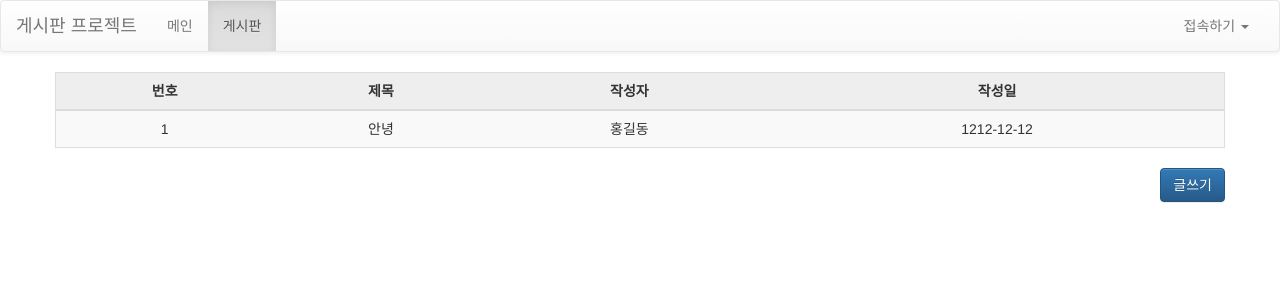
Repository: Seok7975/JSP-Education
Page: http://localhost/BBS/bbs.jsp
The author's editor kept a copy of each file at every save. The page is drawn from the files as they stood at one save, then again after a run of saves.
The browser window is 1280 px wide. The pictures show the whole page.
Some web libraries are served in a nearby version. The page is served by Tomcat 9. Other server files are loaded and not shown. Queries for data that is not in the repository find no rows.

Above is the page before, as saved 2024-06-07 06:39:26.

### List_Projects/BBS/src/main/webapp/bbs.jsp

<%@ page language="java" contentType="text/html; charset=UTF-8"
    pageEncoding="UTF-8"%>
<%@ page import="java.io.PrintWriter" %>
<%@ page import="bbs.BbsDAO" %>
<%@ page import="bbs.Bbs" %>
<%@ page import="java.util.ArrayList" %>
<!DOCTYPE html>
<html>
<head>
<meta http-equiv="Content-Type" content="text/html; charset=UTF-8">
<meta name="viewport" content="width=device-width, initial-scale=1">
<!-- Latest compiled and minified CSS -->
<link rel="stylesheet" href="https://cdn.jsdelivr.net/npm/bootstrap@3.3.7/dist/css/bootstrap.min.css" integrity="sha384-BVYiiSIFeK1dGmJRAkycuHAHRg32OmUcww7on3RYdg4Va+PmSTsz/K68vbdEjh4u" crossorigin="anonymous">
<!-- Optional theme -->
<link rel="stylesheet" href="https://cdn.jsdelivr.net/npm/bootstrap@3.3.7/dist/css/bootstrap-theme.min.css" integrity="sha384-rHyoN1iRsVXV4nD0JutlnGaslCJuC7uwjduW9SVrLvRYooPp2bWYgmgJQIXwl/Sp" crossorigin="anonymous">
<!-- jQuery (necessary for Bootstrap's JavaScript plugins) -->
<script src="https://code.jquery.com/jquery-3.1.1.min.js"></script>
<!-- Latest compiled and minified JavaScript -->
<script src="https://cdn.jsdelivr.net/npm/bootstrap@3.3.7/dist/js/bootstrap.min.js" integrity="sha384-Tc5IQib027qvyjSMfHjOMaLkfuWVxZxUPnCJA7l2mCWNIpG9mGCD8wGNIcPD7Txa" crossorigin="anonymous"></script>
<title>JSP 게시판 웹 사이트</title>
</head>
<body>
<%
	String userID = null;
	if (session.getAttribute("userID") != null) {
		userID = (String) session.getAttribute("userID");
	}
	int pageNumber = 1;
%>
	<nav class="navbar navbar-default">
		<div class="container-fluid">
			<div class="navbar-header">
				<button type="button" class="navbar-toggle collapsed" data-toggle="collapse" data-target="#bs-example-navbar-collapse-1" aria-expanded="false">
					<span class="sr-only">Toggle navigation</span>
					<span class="icon-bar"></span>
					<span class="icon-bar"></span>
					<span class="icon-bar"></span>
				</button>
				<a class="navbar-brand" href="main.jsp">게시판 프로젝트</a>
			</div>
			<div class="collapse navbar-collapse" id="bs-example-navbar-collapse-1">
				<ul class="nav navbar-nav">
					<li><a href="main.jsp">메인</a></li>
					<li class="active"><a href="bbs.jsp">게시판</a></li>
				</ul>
				<%
					if(userID == null) {
				%>
					<ul class="nav navbar-nav navbar-right">
						<li class="dropdown">
							<a href="#" class="dropdown-toggle" data-toggle="dropdown" role="button" aria-haspopup="true" aria-expanded="false">접속하기 <span class="caret"></span></a>
							<ul class="dropdown-menu">
								<li><a href="login.jsp">로그인</a></li>
								<li><a href="join.jsp">회원가입</a></li>
							</ul>
						</li>
					</ul>
				<%
					} else {
				%>
						<ul class="nav navbar-nav navbar-right">
						<li class="dropdown">
							<a href="#" class="dropdown-toggle" data-toggle="dropdown" role="button" aria-haspopup="true" aria-expanded="false">회원관리<span class="caret"></span></a>
							<ul class="dropdown-menu">
								<li><a href="logoutAction.jsp">로그아웃</a></li>
							</ul>
						</li>
					</ul>
				<%
					}
				%>
			</div>
		</div>
	</nav>

	<div class="container">
		<div class="row">
			<table class="table table-striped" style="text-align: center; border: 1px solid #dddddd">
				<thead>
					<tr>
						<th style="background-color: #eeeeee; text-align: center;">번호</th>
						<th style="background-color: #eeeeee; text-align: center;">제목</th>
						<th style="background-color: #eeeeee; text-align: center;">작성자</th>
						<th style="background-color: #eeeeee; text-align: center;">작성일</th>
					</tr>
				</thead>
				<tbody> <!-- 예시 -->
					<tr>
						<td>1</td>
						<td>안녕</td>
						<td>홍길동</td>
						<td>1212-12-12</td>
					<tr>
				</tbody>
			</table>
			<a href="write.jsp" class="btn btn-primary pull-right">글쓰기</a>
		</div>
	</div>
</body>
</html>

### List_Projects/BBS/src/main/java/bbs/BbsDAO.java
package bbs;

import java.sql.Connection;
import java.sql.DriverManager;
import java.sql.PreparedStatement;
import java.sql.ResultSet;
import java.util.ArrayList;

/*DAO : 데이터 접근 객체의 약자, 실제로 데이터베이스에 접근을 해서 바로 빼올 수 있게 해주는 역할을 하는 클래스*/

public class BbsDAO {

	private Connection conn;
	private ResultSet rs;

	public BbsDAO() {
		try {
			String dbURL = "jdbc:mysql://localhost:3306/BBS";
			String dbID = "root";
			String dbPassword = "1234";
			Class.forName("com.mysql.cj.jdbc.Driver");
			conn = DriverManager.getConnection(dbURL, dbID, dbPassword);
		} catch (Exception e) {
			e.printStackTrace();
		}
	}

	// BbsDAO class에서는 여러개의 메서드가 사용되기 때문에,
	// 접근에 마찰이 일어나지 않기 위해 PreparedStatement는 각각 메서드 안에서 초기화
	public String getDate() { //게시판 작성시, 시간을 DB에 넣는 메서드
		String SQL = "SELECT NOW()";
		try {
			PreparedStatement pstmt = conn.prepareStatement(SQL);
			rs = pstmt.executeQuery();

			if (rs.next()) {
				return rs.getString(1);
			}
		} catch (Exception e) {
			e.printStackTrace();
		}
		return ""; // 데이터베이스 오류
	}

	public int getNext() { //게시판 작성시, 시간을 DB에 넣는 메서드
		String SQL = "SELECT bbsID FROM BBS ORDER By bbsID DESC";
		// 게시글 번호는 1부터 늘어나야 되기때문에 새로 생성할 때, 마지막에 쓰인 글을 가져와서 그 번호의 +1을 해야됨
		try {
			PreparedStatement pstmt = conn.prepareStatement(SQL);
			rs = pstmt.executeQuery();

			if (rs.next()) {
				return rs.getInt(1) + 1;
			}
			return 1; // 게시글이 첫 게시물인 경우

		} catch (Exception e) {
			e.printStackTrace();
		}
		return -1; // 데이터베이스 오류
	}

	public int write(String bbsTitle, String userID, String bbsContent) {
		String SQL = "INSERT INTO BBS VALUES(?, ?, ?, ?, ?, ?)";
		try {
			PreparedStatement pstmt = conn.prepareStatement(SQL);
			pstmt.setInt(1, getNext());
			pstmt.setString(2, bbsTitle);
			pstmt.setString(3,  userID);
			pstmt.setString(4,  getDate());
			pstmt.setString(5, bbsContent);
			pstmt.setInt(6, 1);
			return pstmt.executeUpdate();
		} catch(Exception e) {
			e.printStackTrace();
		}
		return -1;
	}

	public ArrayList<Bbs> getList(int pageNumber) {
		String SQL = "SELECT * FROM BBS WHERE bbsID < ? AND bbsAvailable = 1 ORDER BY bbsID DESC LIMIT 10";
		ArrayList<Bbs> list = new ArrayList<Bbs>();
		try {
			PreparedStatement pstmt = conn.prepareStatement(SQL);
			pstmt.setInt(1,  getNext() - (pageNumber - 1) * 10);
			rs = pstmt.executeQuery();
			while (rs.next()) {
				Bbs bbs = new Bbs(); // bbs안에 데이터들을 삽입
				bbs.setBbsID(rs.getInt(1));
				bbs.setBbsTitle(rs.getString(2));
				bbs.setUserID(rs.getString(3));
				bbs.setBbsDate(rs.getString(4));
				bbs.setBbsContent(rs.getString(5));
				bbs.setBbsAvailable(rs.getInt(6));
				list.add(bbs);

			}
		} catch (Exception e) {
			e.printStackTrace();
		}
		return list; // 데이터베이스 오류
	}
	public boolean nextPage(int pageNumber) { // 페이징 처리 함수
		String SQL = "SELECT * FROM BBS WHERE bbsID < ? AND bbsAvailable = 1";
		try {
			PreparedStatement pstmt = conn.prepareStatement(SQL);
			pstmt.setInt(1,  getNext() - (pageNumber -1) * 10);
			rs = pstmt.executeQuery();
			if (rs.next()) {
				return true;
			}
		} catch(Exception e) {
			e.printStackTrace();
		}
		return false;
	}

}

After the next 3 saves:
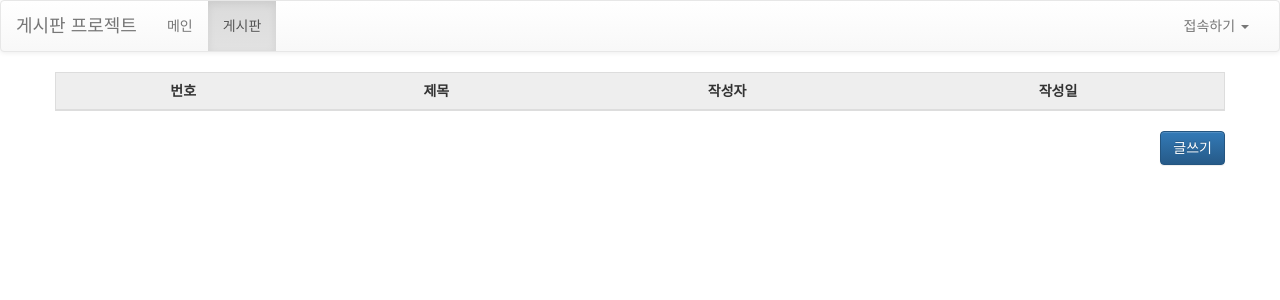
The 3 saves are shown as one change because 2 did not build or start.
The last was saved 33 min 9 s later.
--- a/List_Projects/BBS/src/main/webapp/bbs.jsp
+++ b/List_Projects/BBS/src/main/webapp/bbs.jsp
@@ -27,6 +27,9 @@
 		userID = (String) session.getAttribute("userID");
 	}
 	int pageNumber = 1;
+	if (request.getParameter("pageNumber") != null) {
+		pageNumber = Integer.parseInt(request.getParameter("pageNumber"));
+	}
 %>
 	<nav class="navbar navbar-default">
 		<div class="container-fluid">
@@ -87,11 +90,19 @@
 				</thead>
 				<tbody> <!-- 예시 -->
 					<tr>
-						<td>1</td>
-						<td>안녕</td>
-						<td>홍길동</td>
-						<td>1212-12-12</td>
+					<%
+						BbsDAO bbsDAO = new BbsDAO();
+						ArrayList<Bbs> list = bbsDAO.getList(pageNumber);
+						for(int i = 0; i < list.size(); i++) {
+					%>
+						<td><%= list.get(i).getBbsID() %></td>
+						<td><a href="view.jsp?bbsID=<%= list.get(i).getBbsID() %>"><%= list.get(i).getBbsTitle() %></a></td>
+						<td><%= list.get(i).getUserID() %></td>
+						<td><%= list.get(i).getBbsDate().substring(0, 11) + list.get(i).getBbsDate().substring(11,13) + "시" + list.get(i).getBbsDate().substring(14, 16) + "분" %></td>
 					<tr>
+					<%
+						}
+					%>
 				</tbody>
 			</table>
 			<a href="write.jsp" class="btn btn-primary pull-right">글쓰기</a>
